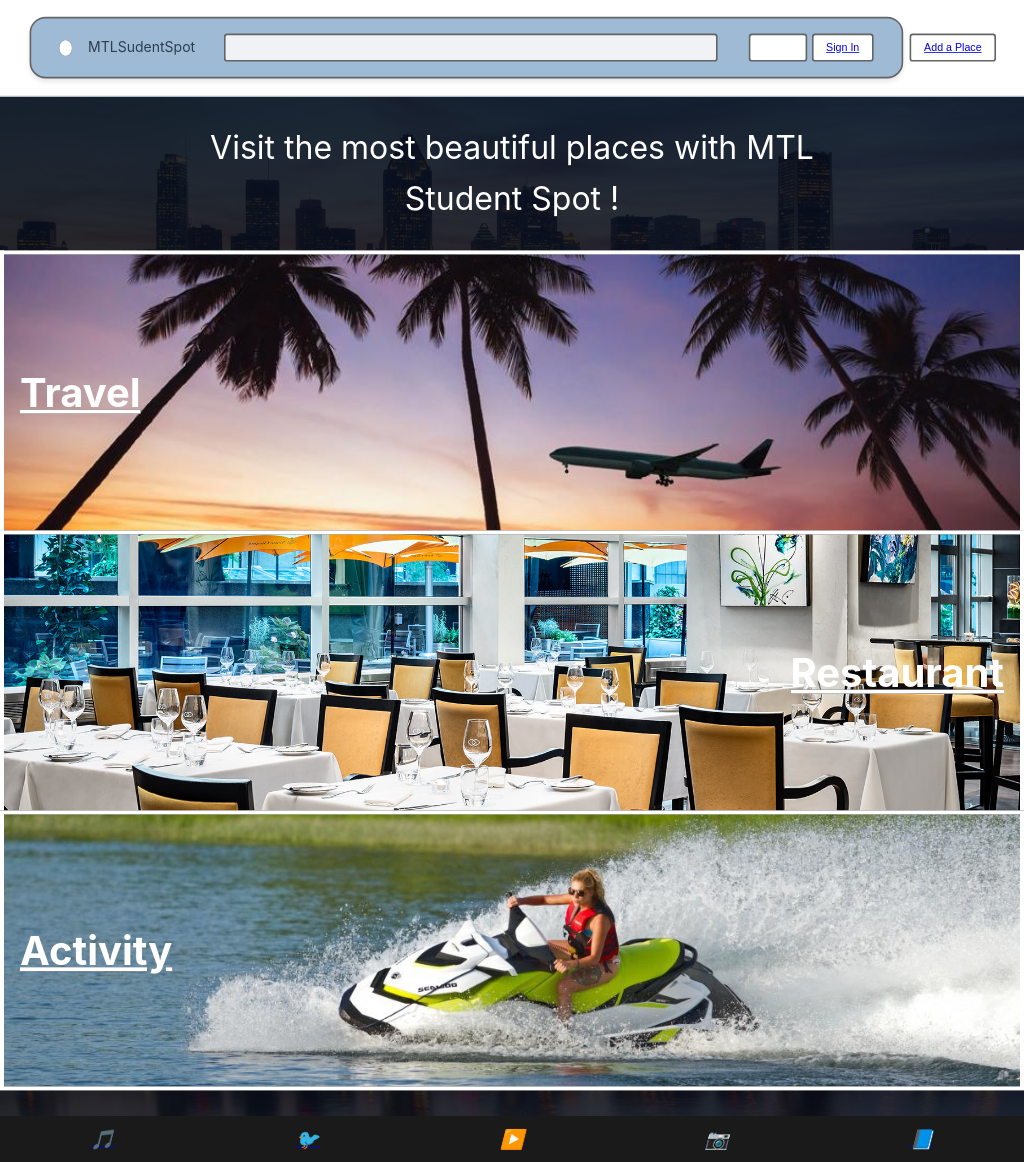
Repository: KevMn6ix/MOD8-2232-GRA-Damois-Leroi--Morant-Munto
Page: / (app in client/)
An editor plug-in stored every save of this project. The page is shown before and after the next save, followed by the edit.
The browser window is 1280 px wide. The pictures show the whole page, at 80% of full size.
The project was rebuilt for these pictures with package versions that can differ from the ones it lists, and the page was loaded fresh each time. Also part of the build but not shown: client/vite.config.js, client/src/components/HelloWorld.vue, client/src/services/Api.js, client/src/services/AuthentificationService.js, client/src/components/Login.vue, client/src/views/LoginPage.vue, client/src/components/PlaceItem.vue, client/src/components/PlaceList.vue.

Above is the page before, as saved 2023-10-18 14:27:15.

After the next save:
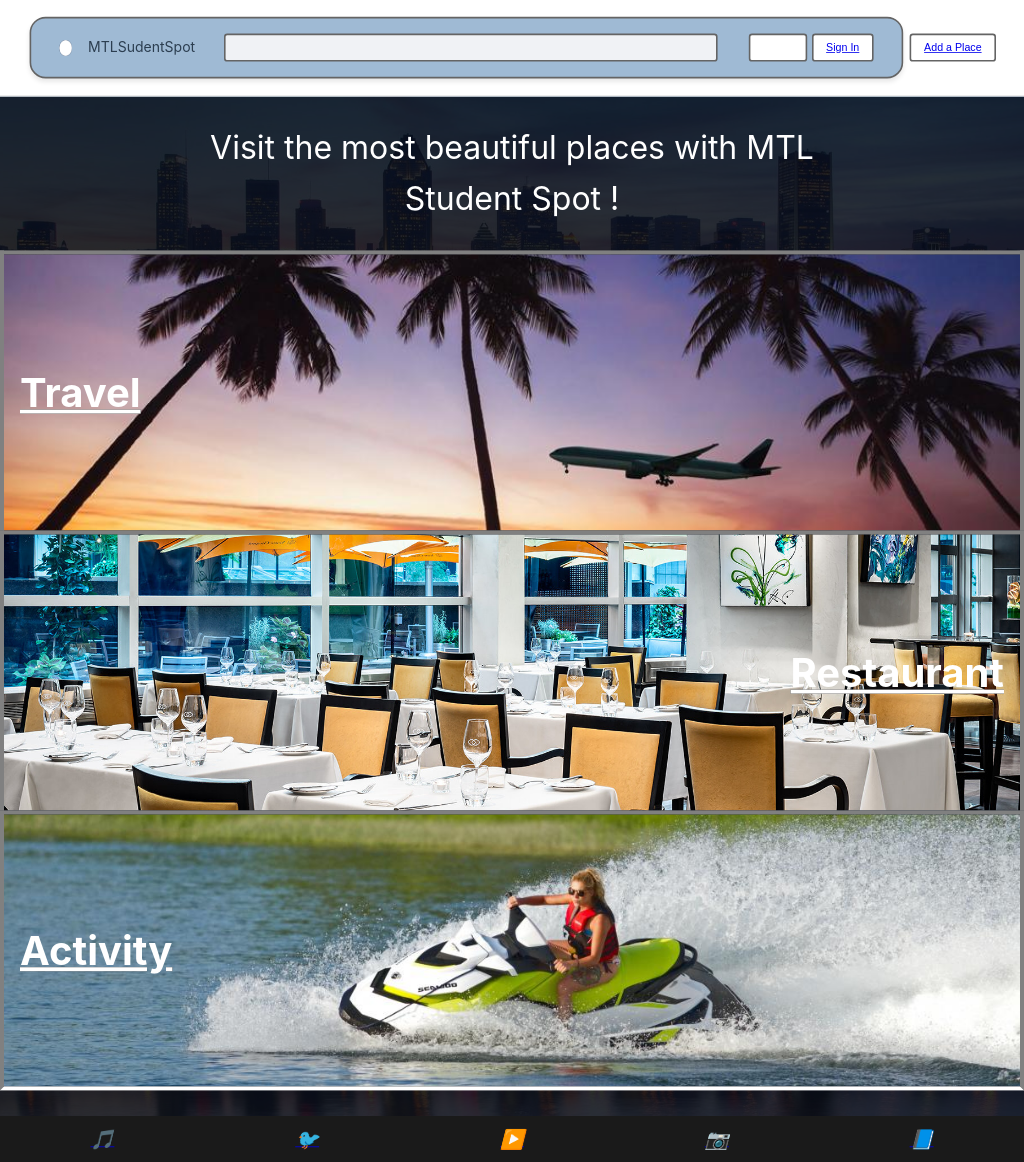
Saved 63 s later.
--- a/client/src/views/HomeView.vue
+++ b/client/src/views/HomeView.vue
@@ -164,7 +164,7 @@ ul#browse {
 ul#browse li {
   padding: 0;
   margin: 0px;
-  border: 5px solid white;
+  border: 5px solid GREY;
   border-bottom: 0px;
   transition: background-color 0.3s ease;
   height: 350px;
